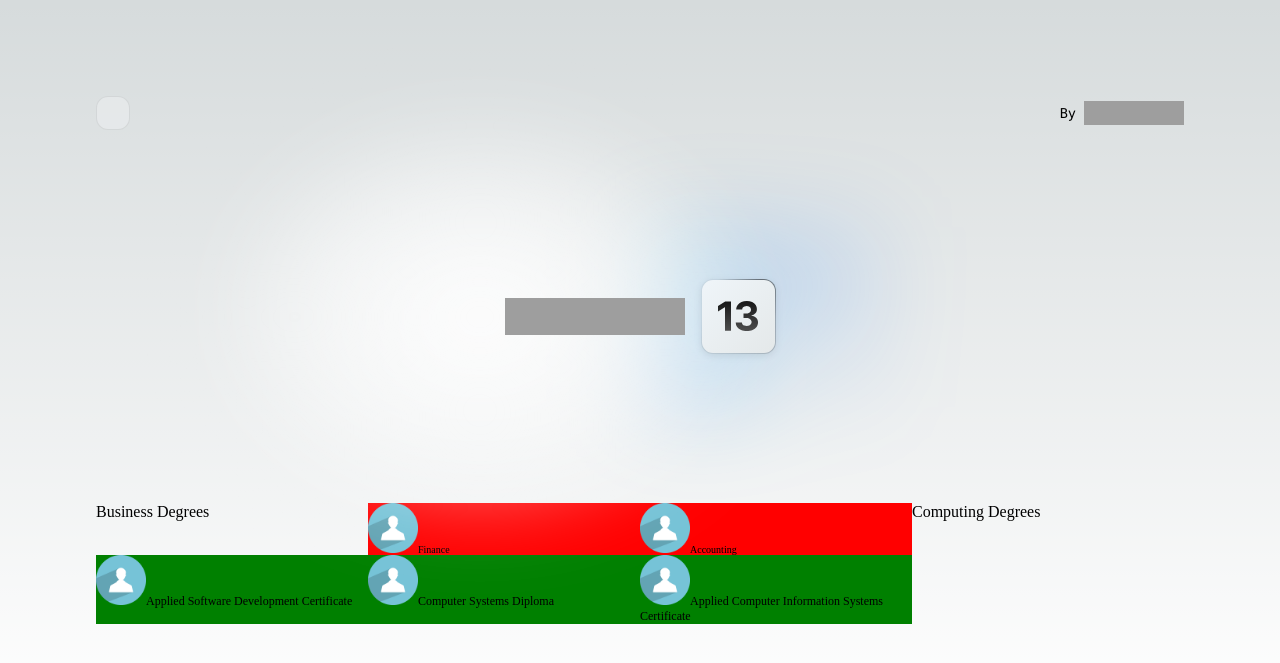
Repository: TeoEstrada9/Week-3-example
Page: /
An editor plug-in stored every save of this project. The page is shown before and after the next save, followed by the edit.
The browser window is 1280 px wide. The pictures show the whole page.
Pictures or frames that could not be fetched are drawn as grey boxes. The project was rebuilt for these pictures with package versions that can differ from the ones it lists, and the page was loaded fresh each time. The framework's server and built-in components were replaced by stand-ins that run in the browser. Also part of the build but not shown: next.config.js.

Above is the page before, as saved 2023-01-16 11:34:57.

After the next save:
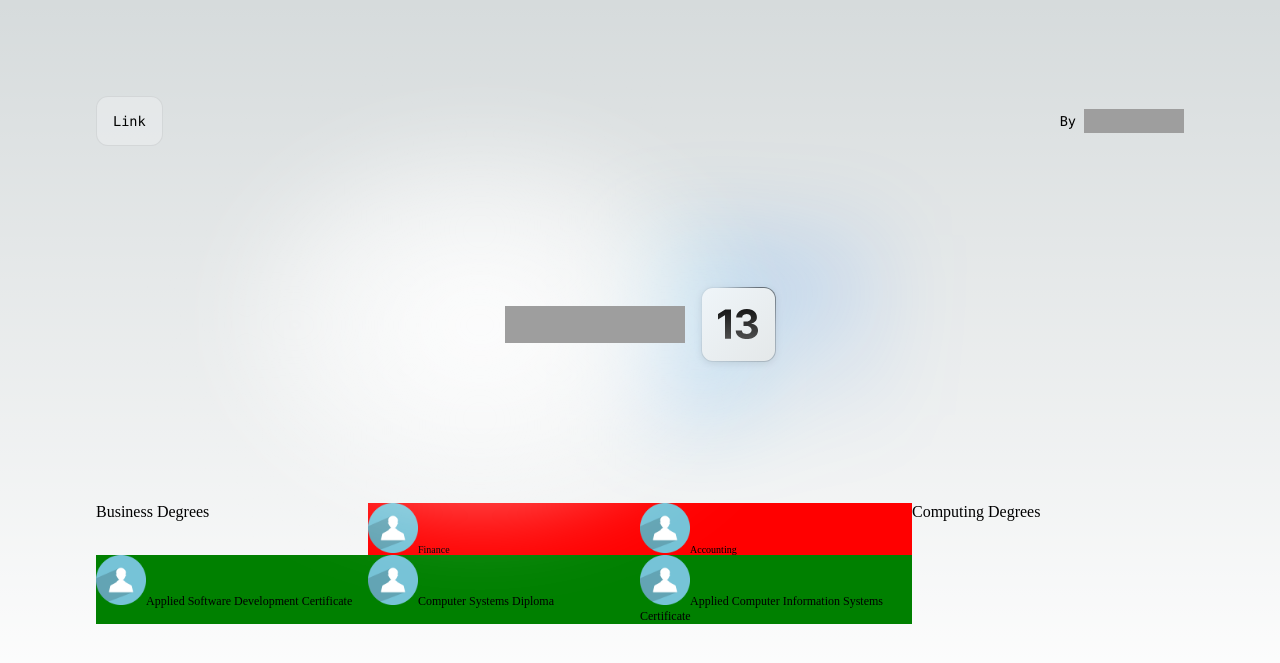
Saved 4 s later.
--- a/pages/index.js
+++ b/pages/index.js
@@ -27,7 +27,7 @@
       <main className={styles.main}>
         <div className={styles.description}>
           <p>
-
+           Link
           </p>
           <div>
             <a

After the 5 saves that followed:
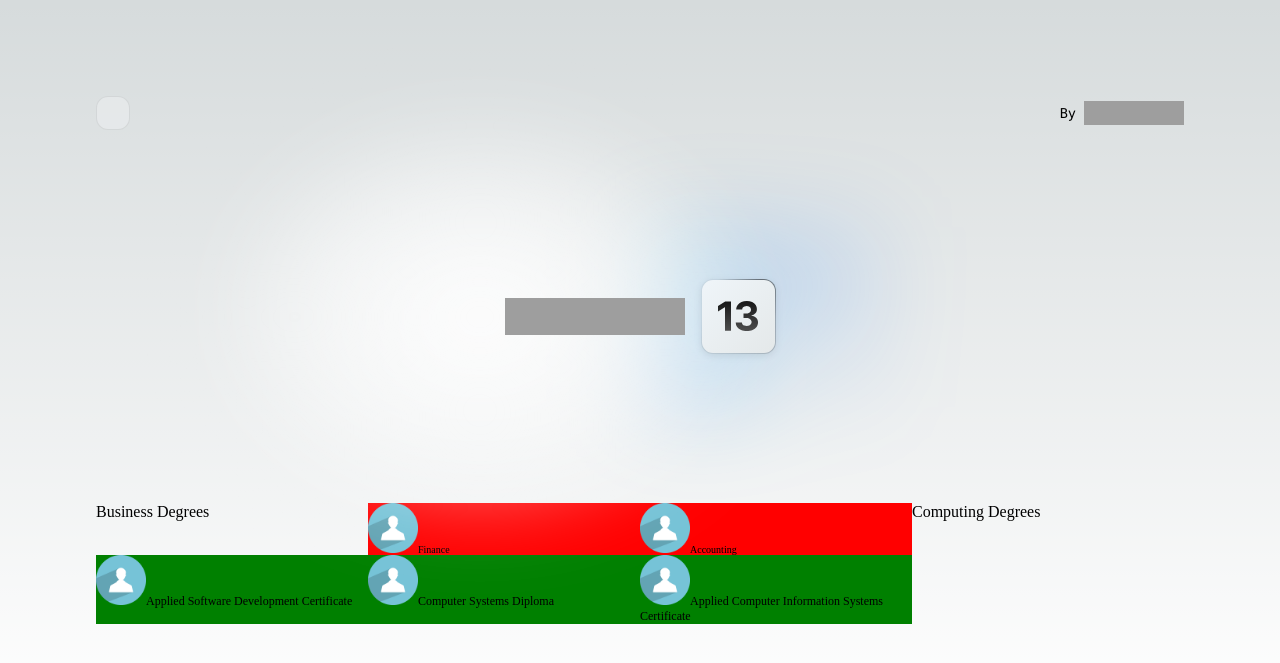
The 5 saves are shown as one change because they came seconds apart.
The last was saved 15 s later.
--- a/pages/index.js
+++ b/pages/index.js
@@ -27,7 +27,7 @@
       <main className={styles.main}>
         <div className={styles.description}>
           <p>
-           Link
+           <Link href="about"></Link>
           </p>
           <div>
             <a
